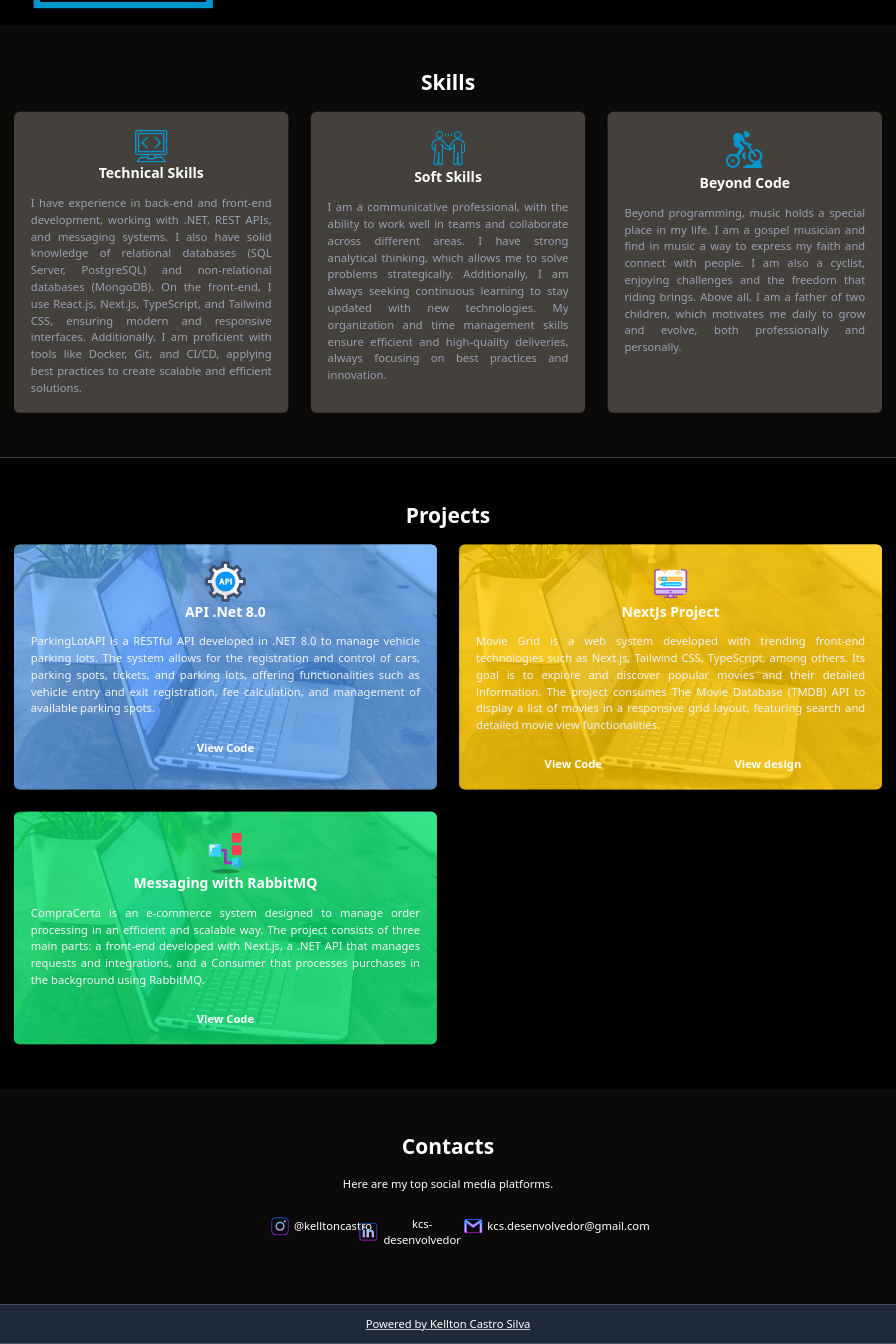
Repository: kcsdesenvolvedor/portfolio
Page: index.html
An editor plug-in stored every save of this project. The page is shown before and after the next save, followed by the edit.
The browser window is 1280 px wide. The pictures show the part of the page from y = 934 to 2854 px (the page is 2854 px tall before and 2838 px after), at 70% of full size.

Above is the page before, as saved 2025-03-26 20:49:01.
Console error: TypeError: Cannot read properties of null (reading 'textContent')

### index.html
<!DOCTYPE html>
<html lang="en">
<head>
    <meta charset="UTF-8">
    <meta name="viewport" content="width=device-width, initial-scale=1.0">
    <link rel="icon" href="./img/faviconK.png" type="image/x-icon">
    <link href="./output.css" rel="stylesheet">
    <title>Kellton Castro</title>
    <style>
        .typing-container {
        font-family: 'Courier New', monospace;
        font-size: 24px;
        color: #333;
        white-space: nowrap;
        overflow: hidden;
        border-right: 2px solid black;
        display: inline-block;
        animation: blink-caret 0.7s step-end infinite;
        }

        #typing-text {
            height: 40px;
        }

        @keyframes blink-caret {
        from, to {
            border-color: transparent;
        }
        50% {
            border-color: black;
        }
        }


        @keyframes fadeIn {
            from {
                opacity: 0;
                transform: translateY(20px);
            }
            to {
                opacity: 1;
                transform: translateY(0);
            }
        }

        .fade-in {
            animation: fadeIn 1s ease-in-out;
        }
    </style>
</head>
<body class="bg-gray-100 font-sans">
    <header>
        <nav class="fixed top-0 z-50 w-full px-4 py-4 flex justify-between items-center bg-stone-950">
            <div class="lg:hidden">
                <button class="navbar-burger flex items-center text-blue-600 p-3">
                    <svg class="block h-4 w-4 fill-current" viewBox="0 0 20 20" xmlns="http://www.w3.org/2000/svg">
                        <title>Mobile menu</title>
                        <path d="M0 3h20v2H0V3zm0 6h20v2H0V9zm0 6h20v2H0v-2z"></path>
                    </svg>
                </button>
            </div>
            <div>
                <ul class="hidden absolute top-1/2 left-1/2 transform -translate-y-1/2 -translate-x-1/2 lg:mx-auto lg:flex lg:items-center lg:w-auto lg:space-x-20">
                    <li><a class="text-sm text-blue-600/80 dark:text-sky-400/80 hover:text-white" href="#home" data-i18n="home"></a></li>
                    <li><a class="text-sm text-blue-600/80 dark:text-sky-400/80 hover:text-white" href="#about" data-i18n="about"></a></li>
                    <li><a class="text-sm text-blue-600/80 dark:text-sky-400/80 hover:text-white" href="#skills" data-i18n="skills"></a></li>
                    <li><a class="text-sm text-blue-600/80 dark:text-sky-400/80 hover:text-white" href="#projects" data-i18n="projects"></a></li>
                    <li><a class="text-sm text-blue-600/80 dark:text-sky-400/80 hover:text-white" href="#contacts" data-i18n="contacts"></a></li>
                </ul>
            </div>
            <div class="w-lg">
                <select id="language-select" class="border-2 border-blue-600/80 dark:border-sky-400/80 text-blue-600/80 dark:text-sky-400/80 bg-transparent rounded-lg px-4 py-2">
                    <option value="en">English</option>
                    <option value="pt">Português</option>
                </select>
            </div>
        </nav>
        <div class="navbar-menu fixed top-0 z-50 w-full hidden">
            <div class="navbar-backdrop fixed inset-0 bg-gray-800 opacity-25"></div>
            <nav class="fixed top-0 left-0 bottom-0 flex flex-col w-5/6 max-w-sm py-6 px-6 bg-white border-r overflow-y-auto">
                <div class="flex items-center mb-8">
                    <a class="mr-auto text-3xl font-bold leading-none" href="#">
                        <img class="w-16" src="./img/logo.png" alt="">
                    </a>
                    <button class="navbar-close">
                        <svg class="h-6 w-6 text-gray-400 cursor-pointer hover:text-gray-500" xmlns="http://www.w3.org/2000/svg" fill="none" viewBox="0 0 24 24" stroke="currentColor">
                            <path stroke-linecap="round" stroke-linejoin="round" stroke-width="2" d="M6 18L18 6M6 6l12 12"></path>
                        </svg>
                    </button>
                </div>
                <div>
                    <ul>
                        <li class="mb-1">
                            <a class="navbar-itemMenu block p-4 text-sm font-semibold text-gray-400 hover:bg-blue-50 hover:text-blue-600 rounded" href="#home" data-i18n="home"></a>
                        </li>
                        <li class="mb-1">
                            <a class="navbar-itemMenu block p-4 text-sm font-semibold text-gray-400 hover:bg-blue-50 hover:text-blue-600 rounded" href="#about" data-i18n="about"></a>
                        </li>
                        <li class="mb-1">
                            <a class="navbar-itemMenu block p-4 text-sm font-semibold text-gray-400 hover:bg-blue-50 hover:text-blue-600 rounded" href="#skills" data-i18n="skills"></a>
                        </li>
                        <li class="mb-1">
                            <a class="navbar-itemMenu block p-4 text-sm font-semibold text-gray-400 hover:bg-blue-50 hover:text-blue-600 rounded" href="#projects" data-i18n="projects"></a>
                        </li>
                        <li class="mb-1">
                            <a class="navbar-itemMenu block p-4 text-sm font-semibold text-gray-400 hover:bg-blue-50 hover:text-blue-600 rounded" href="#contact" data-i18n="contacts"></a>
                        </li>
                    </ul>
                </div>
                <div class="mt-auto">

                    <a href="https://kcode2025.github.io/sucess-history" target="_blank">
                        <p class="my-4 text-xs text-center text-gray-400">
                            Powered by Success Story
                        </p>
                    </a>
                </div>
            </nav>
        </div>
    </header>


    <!-- Home Section -->
    <section id="home" class="flex flex-col-reverse lg:flex-row lg:justify-around justify-between bg-stone-950 text-white text-center pt-20 lg:pb-0 pb-5 px-10 fade-in">
        <!-- Div do texto -->
        <div class="self-center w-full flex items-center justify-center">
            <div class="flex flex-col lg:w-2/4"> <!-- Ajuste essa div para ocupar 100% da largura -->
                <p class="text-md text-left" data-i18n="hello"></p>
                <p class="text-3xl text-blue-600/80 dark:text-sky-400/80 text-left font-semibold" data-i18n="apresentationMe"></p>
                <p class="text-lg text-gray-400 text-left font-semibold mb-2" data-i18n="myProfission"></p>
                <p class="text-xs text-gray-400 text-left font-semibold mb-8" data-i18n="welcomePortfolio"></p>
                <a href="#contact" class="bg-blue-600/80 dark:bg-sky-400/80 text-white font-bold w-2/4 py-3 px-6 border-2 rounded-lg shadow-lg hover:bg-black hover:text-blue-600/80 hover:dark:text-sky-400/80 hover:border-blue-600/80 hover:dark:border-sky-400/80 hover:border-2 transition delay-150 duration-300 ease-in-out" data-i18n="contacts"></a>
            </div>
        </div>

        <!-- Div da imagem -->
        <div class="flex justify-center lg:justify-end lg:w-2/4">
            <img class="min-w-2/4 object-contain" src="./img/perfil-portfolio2.png">
        </div>
    </section>

    <!-- Sobre -->
    <section id="about" class="flex flex-col lg:flex-row items-center justify-center space-y-10 lg:space-y-0 lg:space-x-20 py-16 bg-black border-r-gray-900 fade-in">
        <div class="relative flex justify-center">
            <!-- Moldura (posição de fundo) -->
            <img src="./img/moldura.png" class="w-3xs h-3xs absolute -left-5 top-5 lg:-left-10 lg:top-10" alt="moldura do perfil">

            <!-- Imagem de perfil (fica por cima) -->
            <img src="./img/perfil-portfolio1.png" class="w-3xs h-3xs relative z-10" alt="meu perfil">
        </div>
        <div class="px-5 w-full lg:w-3xl text-center lg:text-left">
            <h3 class="text-3xl text-white font-bold mb-2" data-i18n="about"></h3>
            <div class="w-20 h-0.5 bg-blue-600/80 dark:bg-sky-400/80 mb-3 mx-auto lg:mx-0"></div>
            <p class="text-gray-400 text-left w-full mb-8" data-i18n="aboutMeInfo"></p>
            <div class="flex flex-col lg:flex-row w-full lg:w-2/4 gap-4">
                <a href="#contact" class="bg-blue-600/80 dark:bg-sky-400/80 text-center text-white font-bold w-full lg:w-2/4 py-3 px-6 border-2 rounded-lg shadow-lg hover:bg-black hover:text-blue-600/80 hover:dark:text-sky-400/80 hover:border-blue-600/80 hover:dark:border-sky-400/80 hover:border-2 transition delay-150 duration-300 ease-in-out" data-i18n="contacts"></a>
                <a href="cv/Kellton.pdf" download="Kellton.pdf" class="bg-black text-center border-blue-600/80 dark:border-sky-400/80 text-blue-600/80 dark:text-sky-400/80 font-bold w-full lg:w-2/4 py-3 px-6 border-2 rounded-lg shadow-lg hover:text-white hover:border-white hover:border-2 transition delay-150 duration-300 ease-in-out">
                    Download CV
                </a>
            </div>
        </div>
    </section>



    <!-- Skills -->
    <section id="skills" class="py-16 bg-stone-950 fade-in">
        <div class="container mx-auto text-center">
            <h3 class="text-3xl text-white font-bold mb-6" data-i18n="skills"></h3>
            <div class="px-5 grid grid-cols-1 md:grid-cols-3 gap-8">
                <div class="flex flex-col items-center bg-stone-700 p-6 rounded-lg shadow-lg transition delay-150 duration-300 transform hover:scale-105 hover:shadow-xl">
                    <img src="./img/hard-skills.png" alt="image hard skills">
                    <h4 class="text-xl text-white font-bold mb-4" data-i18n="technicalSkills"></h4>
                    <p class="text-gray-400 text-justify" data-i18n="technicalSkillsInfo"></p>
                </div>
                <div class="flex flex-col items-center bg-stone-700 p-6 rounded-lg shadow-lg transition delay-150 duration-300 transform hover:scale-105 hover:shadow-xl">
                    <img src="./img/soft-skills.png" class="h-14" alt="image soft skills">
                    <h4 class="text-xl text-white font-bold mb-4" data-i18n="softSkills"></h4>
                    <p class="text-gray-400 text-justify" data-i18n="softSkillsInfo"></p>
                </div>
                <div class="flex flex-col items-center bg-stone-700 p-6 rounded-lg shadow-lg transition delay-150 duration-300 transform hover:scale-105 hover:shadow-xl">
                    <img src="./img/beyond-code.png" alt="imagem de beyond code">
                    <h4 class="text-xl text-white font-bold mb-4" data-i18n="beyondCode"></h4>
                    <p class="text-gray-400 text-justify" data-i18n="beyondCodeInfo"></p>
                </div>
            </div>
        </div>
    </section>

    <!-- Projetos -->
    <section id="projects" class="py-16 bg-black fade-in">
        <div class="container mx-auto text-center">
            <h3 class="text-3xl text-white font-bold mb-6" data-i18n="projects"></h3>
            <div class="px-5 grid grid-cols-1 md:grid-cols-2 gap-8">
                <div class="relative bg-stone-700 p-6 rounded-lg shadow-lg
                bg-[url('./img/homeoffice.jpg')] bg-cover bg-center bg-opacity-20">
                    <div class="absolute inset-0 bg-blue-400/70 rounded-lg"></div>
                    <div class="relative z-10 flex flex-col items-center">
                        <img src="./img/api.png" alt="image api">
                        <h4 class="text-xl text-white font-bold mb-4">API .Net 8.0</h4>
                        <p class="text-gray-100 text-justify" data-i18n="apiProjectInfo"></p>
                        <div class="flex justify-center mt-8 w-full">
                            <a href="https://github.com/kcsdesenvolvedor/ParkingLotAPI" class="text-white font-semibold w-full lg:w-2/4 px-6 hover:text-blue-600/80 hover:dark:text-sky-400/80 transition delay-150 duration-300 ease-in-out" target="_blank" data-i18n="viewCode"></a>
                        </div>
                    </div>
                </div>
                <div class="relative bg-stone-700 p-6 rounded-lg shadow-lg
                bg-[url('./img/homeoffice.jpg')] bg-cover bg-center bg-opacity-20">
                    <div class="absolute inset-0 bg-yellow-400/80 rounded-lg"></div>
                    <div class="relative z-10 flex flex-col items-center">
                        <img src="./img/next-project.png" alt="image nextjs project">
                        <h4 class="text-xl text-white font-bold mb-4" data-i18n="nextjsProject"></h4>
                        <p class="text-gray-100 text-justify" data-i18n="nextjsProjectInfo"></p>
                        <div class="flex justify-between mt-8 w-full">
                            <a href="https://github.com/kcsdesenvolvedor/Movie-Grid" class=" text-white font-semibold w-full lg:w-2/4 px-6 hover:text-blue-600/80 hover:dark:text-sky-400/80 transition delay-150 duration-300 ease-in-out" target="_blank" data-i18n="viewCode"></a>
                            <a href="https://movie-grid-blue.vercel.app/" class=" text-white font-semibold w-full lg:w-2/4 px-6 hover:text-blue-600/80 hover:dark:text-sky-400/80 transition delay-150 duration-300 ease-in-out" target="_blank" data-i18n="viewDesign"></a>
                        </div>
                    </div>
                </div>
                <div class="relative flex flex-col items-center bg-stone-700 p-6 rounded-lg shadow-lg
                bg-[url('./img/homeoffice.jpg')] bg-cover bg-center bg-opacity-20">
                    <div class="absolute inset-0 bg-green-400/80 rounded-lg"></div>
                    <div class="relative z-10 flex flex-col items-center">
                        <img src="./img/mensageria.png" alt="imagem de mensageria">
                        <h4 class="text-xl text-white font-bold mb-4" data-i18n="messagingWithRabbitMQ"></h4>
                        <p class="text-gray-100 text-justify" data-i18n="messagingWithRabbitMQInfo"></p>
                        <div class="flex justify-center mt-8 w-full">
                            <a href="https://github.com/kcsdesenvolvedor/compra-certa" class="text-white font-semibold w-full lg:w-2/4 px-6 hover:text-blue-600/80 hover:dark:text-sky-400/80 transition delay-150 duration-300 ease-in-out" target="_blank" data-i18n="viewCode"></a>
                        </div>
                    </div>
                </div>
            </div>
        </div>
    </section>

    <!-- Contato -->
    <section id="contacts" class="py-16 bg-stone-950 text-white text-center fade-in">
        <div class="container mx-auto px-2">
            <h3 class="text-3xl font-bold mb-6" data-i18n="contacts"></h3>
            <p class="mb-8" data-i18n="mainSocialMediaInfo"></p>
            <form class="max-w-lg mx-auto w-full">
                <div class="flex flex-col justify-around lg:flex-row mb-4 gap-10 w-2xl mx-auto">
                    <a href="https://www.instagram.com/kelltoncastro/" target="_blank">
                        <div class="flex gap-1 items-center">
                            <img class="h-8 w-8" src="./img/instagram.png" alt="imagem do instagram">
                            <p class="text-1xl">@kelltoncastro</p>
                        </div>
                    </a>
                    <a href="https://www.linkedin.com/in/kcs-desenvolvedor/" target="_blank">
                        <div class="flex gap-1 items-center">
                            <img class="h-8 w-8" src="./img/linkedin.png" alt="imagem do linkedin">
                            <p class="text-1xl">kcs-desenvolvedor</p>
                        </div>
                    </a>
                    <a href="kcs.desenvolvedor@gmail.com" target="_blank">
                        <div class="flex gap-1 items-center">
                            <img class="h-8 w-8" src="./img/gmail.png" alt="imagem do gmail">
                            <p class="text-1xl">kcs.desenvolvedor@gmail.com</p>
                        </div>
                    </a>
                </div>
            </form>
        </div>
    </section>

    <!-- Footer -->
    <footer class="bg-gray-800 text-white text-center py-4">
        <a class="cursor-pointer" href="https://kcode2025.github.io/sucess-history" target="_blank"><p class="underline">Powered by Kellton Castro Silva</p></a>
    </footer>

    <!-- Script -->
    <script>
        // Burger menus
        document.addEventListener('DOMContentLoaded', function() {
            // open
            const burger = document.querySelectorAll('.navbar-burger');
            const menu = document.querySelectorAll('.navbar-menu');

            if (burger.length && menu.length) {
                for (var i = 0; i < burger.length; i++) {
                    burger[i].addEventListener('click', function() {
                        for (var j = 0; j < menu.length; j++) {
                            menu[j].classList.toggle('hidden');
                        }
                    });
                }
            }

            // close
            const close = document.querySelectorAll('.navbar-close');
            const backdrop = document.querySelectorAll('.navbar-backdrop');
            const itemMenu = document.querySelectorAll('.navbar-itemMenu');

            if (close.length) {
                for (var i = 0; i < close.length; i++) {
                    close[i].addEventListener('click', function() {
                        for (var j = 0; j < menu.length; j++) {
                            menu[j].classList.toggle('hidden');
                        }
                    });
                }
            }

            if (backdrop.length) {
                for (var i = 0; i < backdrop.length; i++) {
                    backdrop[i].addEventListener('click', function() {
                        for (var j = 0; j < menu.length; j++) {
                            menu[j].classList.toggle('hidden');
                        }
                    });
                }
            }

            if (itemMenu.length) {
                for (var i = 0; i < itemMenu.length; i++) {
                    itemMenu[i].addEventListener('click', function() {
                        for (var j = 0; j < menu.length; j++) {
                            menu[j].classList.toggle('hidden');
                        }
                    });
                }
            }
        });

        // animação de digitação

        const texts = [
        "Visionary Leader",
        "Sports Enthusiast",
        "City Football Group Owner",
        "Innovative Investor",
        "Philanthropist",
        "Economic Pioneer",
        "Influential Figure",
        "Strategic Thinker",
        "Cultural Advocate",
        "Inspiring Icon"
        ];

        let currentTextIndex = 0;
        let charIndex = 0;
        const typingSpeed = 100; // Velocidade de digitação (ms por caractere)
        const erasingSpeed = 50; // Velocidade de apagar
        const delayBetweenTexts = 2000; // Tempo antes de trocar para o próximo texto

        const typingElement = document.getElementById("typing-text");

        function typeText() {
        if (charIndex < texts[currentTextIndex].length) {
            typingElement.textContent += texts[currentTextIndex].charAt(charIndex);
            charIndex++;
            setTimeout(typeText, typingSpeed);
        } else {
            setTimeout(eraseText, delayBetweenTexts);
        }
        }

        function eraseText() {
        if (charIndex > 0) {
            typingElement.textContent = texts[currentTextIndex].substring(0, charIndex - 1);
            charIndex--;
            setTimeout(eraseText, erasingSpeed);
        } else {
            currentTextIndex = (currentTextIndex + 1) % texts.length;
            setTimeout(typeText, typingSpeed);
        }
        }

        // Começar a animação
        document.addEventListener("DOMContentLoaded", () => {
        setTimeout(typeText, delayBetweenTexts);
        });

        </script>
        <script src="./js/main.js"></script>
        <script src="./js/translations.js"></script>
</body>
</html>

Loaded but not shown: js/translations.js (56 lines, source omitted); js/main.js (24 lines, source omitted); output.css (1429 lines, source omitted)

After the next save:
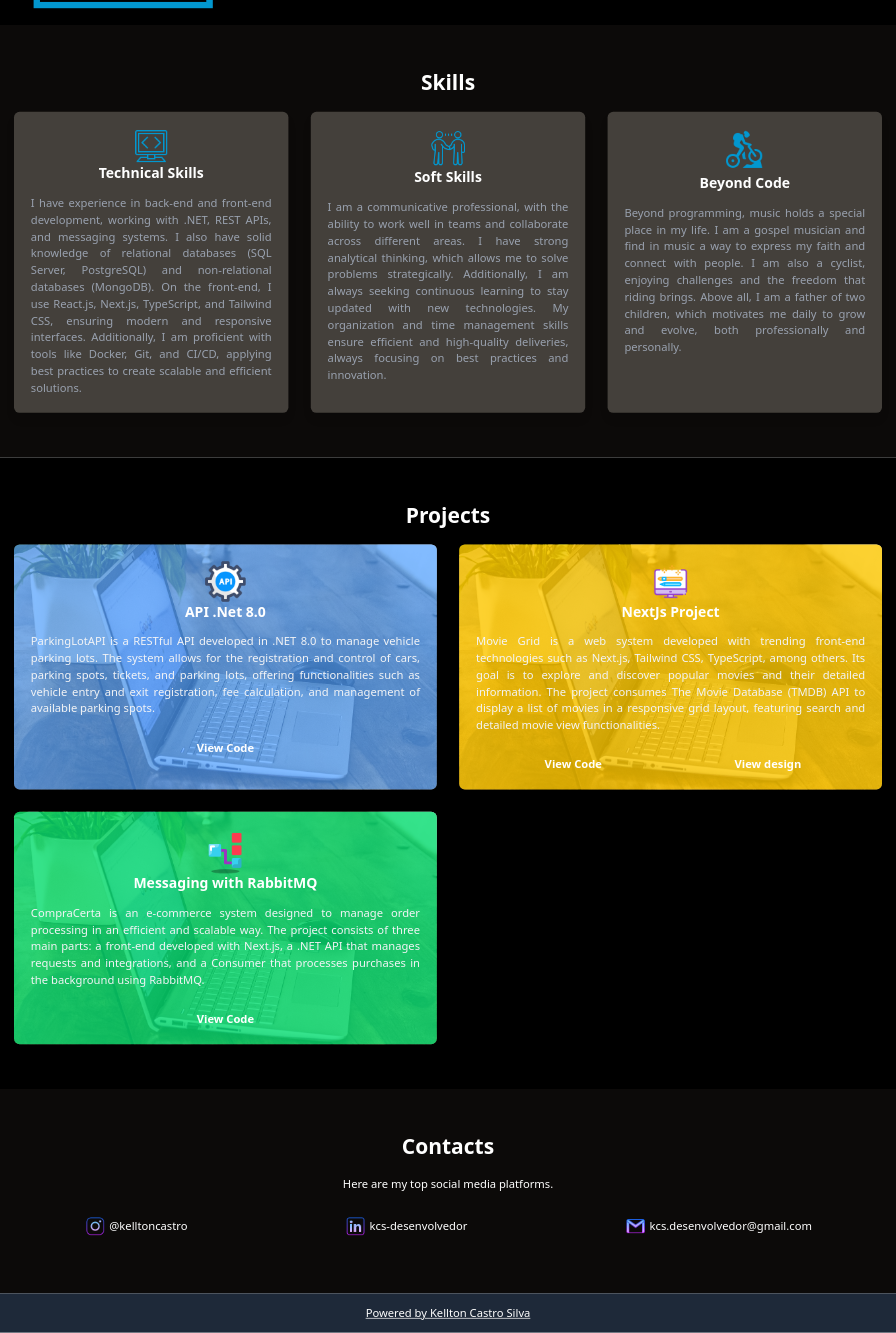
Saved 30 s later.
--- a/index.html
+++ b/index.html
@@ -238,8 +238,8 @@
         <div class="container mx-auto px-2">
             <h3 class="text-3xl font-bold mb-6" data-i18n="contacts"></h3>
             <p class="mb-8" data-i18n="mainSocialMediaInfo"></p>
-            <form class="max-w-lg mx-auto w-full">
-                <div class="flex flex-col justify-around lg:flex-row mb-4 gap-10 w-2xl mx-auto">
+            <form class="w-lg mx-auto w-full">
+                <div class="flex flex-col justify-around lg:flex-row mb-4 gap-10">
                     <a href="https://www.instagram.com/kelltoncastro/" target="_blank">
                         <div class="flex gap-1 items-center">
                             <img class="h-8 w-8" src="./img/instagram.png" alt="imagem do instagram">
